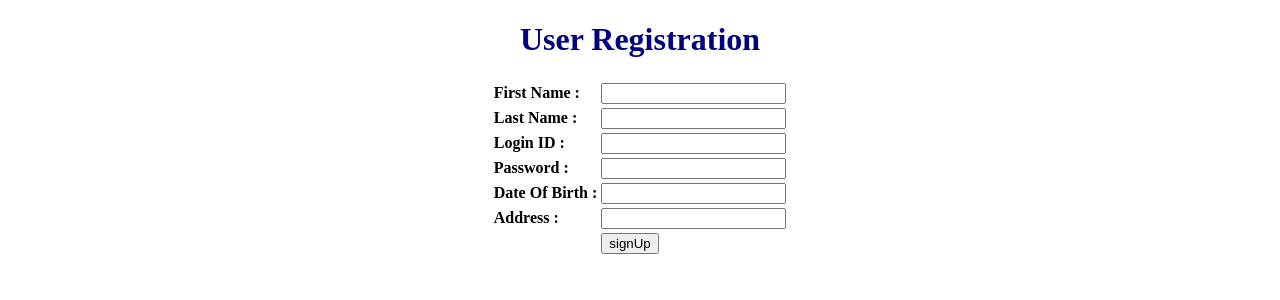
Repository: NikhilKhandait/Spring_MVC
Page: http://localhost/spring-mvc/WEB-INF/pages/UserRegistraction.jsp
An editor plug-in stored every save of this project. The page is shown before and after the next save, followed by the edit.
The browser window is 1280 px wide. The pictures show the whole page.
The page is served by Tomcat 9. Nobody is signed in. Other server files are loaded and not shown. The template is opened directly, without the code that normally fills it, so the values that code supplies are empty.

Above is the page before, as saved 2024-05-22 08:39:44.

### New folder/Spring-mvc/spring-mvc/src/main/webapp/WEB-INF/pages/UserRegistraction.jsp
<%@ page language="java" contentType="text/html; charset=ISO-8859-1"
    pageEncoding="ISO-8859-1"%>
    <%@ page isELIgnored="false"%>
<%@taglib uri="http://java.sun.com/jsp/jstl/core" prefix="c"%>
<%@taglib uri="http://www.springframework.org/tags/form" prefix="sf"%>
<%@taglib uri="http://www.springframework.org/tags" prefix="s"%>
<!DOCTYPE html>
<html>
<head>
<meta charset="ISO-8859-1">
<title>Insert title here</title>
</head>
<body>
      <sf:form method="post" modelAttribute="form">
		<div align="center">
			<h1 style="color: navy">User Registration</h1>
			<table>
				<tr>
					<th align="left">First Name :</th>
					<td><sf:input path="firstName" /></td>
				</tr>
				<tr>
					<th align="left">Last Name :</th>
					<td><sf:input path="lastName" /></td>
				</tr>
				<tr>
					<th align="left">Login ID :</th>
					<td><sf:input path="login" /></td>
				</tr>
				<tr>
					<th align="left">Password :</th>
					<td><sf:input path="password" /></td>
				</tr>
				<tr>
					<th align="left">Date Of Birth :</th>
					<td><sf:input path="dob" /></td>
				</tr>
				<tr>
					<th align="left">Address :</th>
					<td><sf:input path="address" /></td>
				</tr>
				<tr>
					<th></th>
					<td><input type="submit" name="operation" value="signUp"></td>
				</tr>
			</table>
		</div>
	</sf:form>
</body>
</html>

After the next save:
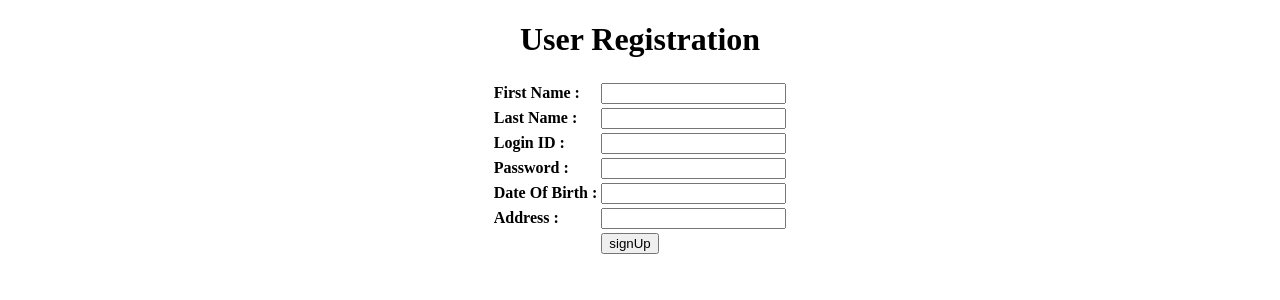
Saved 18 s later.
--- a/New folder/Spring-mvc/spring-mvc/src/main/webapp/WEB-INF/pages/UserRegistraction.jsp
+++ b/New folder/Spring-mvc/spring-mvc/src/main/webapp/WEB-INF/pages/UserRegistraction.jsp
@@ -13,7 +13,7 @@
 <body>
       <sf:form method="post" modelAttribute="form">
 		<div align="center">
-			<h1 style="color: navy">User Registration</h1>
+			<h1>User Registration</h1>
 			<table>
 				<tr>
 					<th align="left">First Name :</th>
